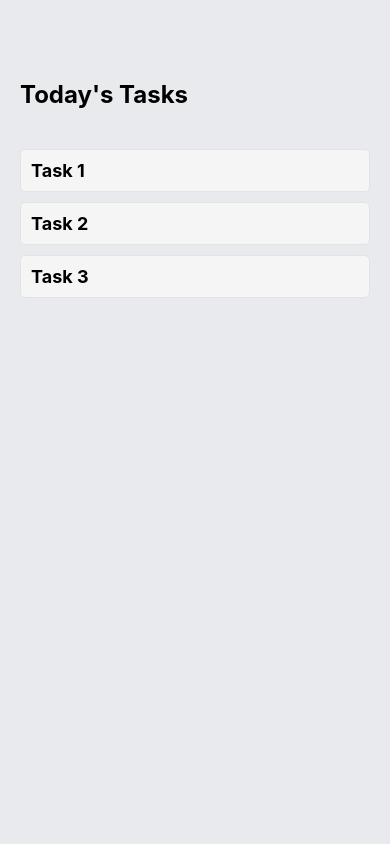
Repository: lomelo-x/ToDo-App
Screen: /
The author's editor kept a copy of each file at every save. The screen is drawn from the files as they stood at one save, then again after a run of saves.
The app was drawn by React Native's web renderer in a window 390 px wide. The project was rebuilt for these pictures with package versions that can differ from the ones it lists, and the page was loaded fresh each time.

Above is the screen before, as saved 2022-06-17 19:37:39.

After the next 5 saves:
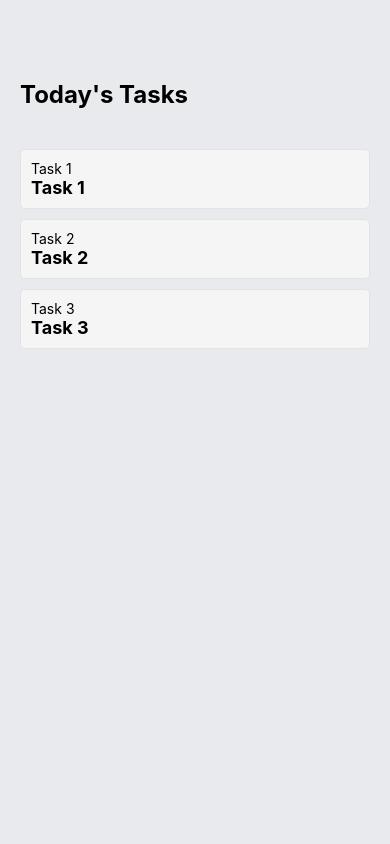
The 5 saves are shown as one change because 1 did not build or start and some came seconds apart.
The last was saved 48 s later.
--- a/components/Task.js
+++ b/components/Task.js
@@ -4,6 +4,9 @@ import { View, Text, StyleSheet } from 'react-native';
 const Task = ({text}) => {
 	return (
 		<View style={styles.task}>
+			<View style={styles.taskText}>
+				<Text>{text}</Text>
+			</View>
 			<Text style={styles.taskText}>{text}</Text>
 		</View>
 	);
